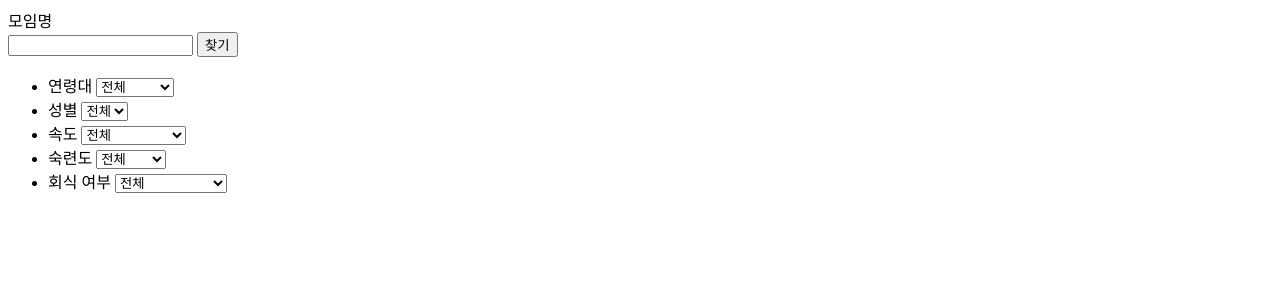
Repository: onpul/TEAM1
Page: http://localhost/Riding/mj/RidingList.jsp
These files come from the project's save history. The page is drawn as it stood at one moment and after the next save; the edit follows.
The browser window is 1280 px wide. The pictures show the whole page.
The page is served by Tomcat 9.

Above is the page before, as saved 2022-06-04 10:19:32.

After the next save:
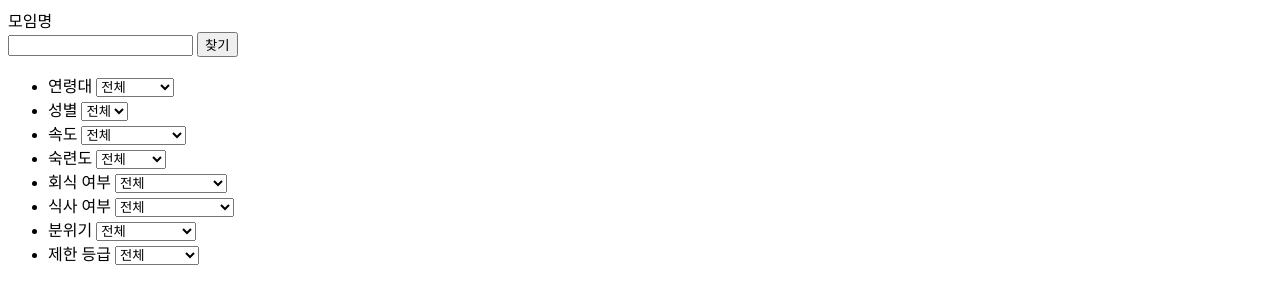
Saved 2 min 22 s later.
--- a/Riding/WebContent/mj/RidingList.jsp
+++ b/Riding/WebContent/mj/RidingList.jsp
@@ -59,6 +59,30 @@
 			<option value="끝나고 회식 안 해요">끝나고 안 해요</option>
 		</select>
 	</li>
+	<li> 식사 여부
+		<select name="" id="">
+			<option value="전체">전체</option>
+			<option value="밥 먹고 달려요">밥 먹고 달려요</option>
+			<option value="밥 안 먹고 달려요">밥 안 먹고 달려요</option>
+		</select>
+	</li>
+	<li> 분위기
+		<select name="" id="">
+			<option value="전체">전체</option>
+			<option value="침묵이 좋아요">침묵이 좋아요</option>
+			<option value="친목이 좋아요">친목이 좋아요</option>
+		</select>
+	</li>
+	<li> 제한 등급
+		<select name="" id="">
+			<option value="전체">전체</option>
+			<option value="다이아전거">다이아전거</option>
+			<option value="금전거">금전거</option>
+			<option value="은전거">은전거</option>
+			<option value="동전거">동전거</option>
+			<option value="똘전거">똘전거</option>
+		</select>
+	</li>
 	</ul>
 </div>
 </body>
